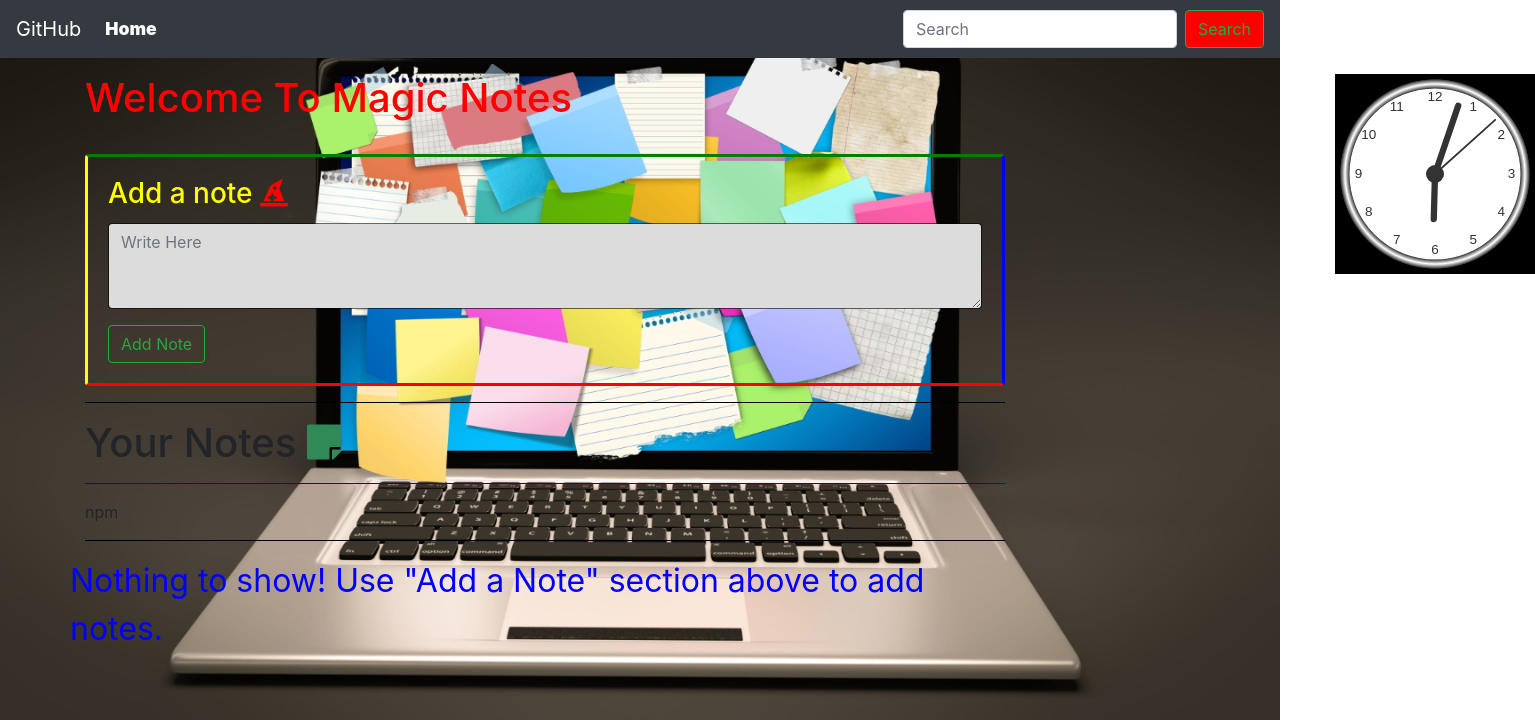
Repository: Prrajainn/Project-MagiCNotes
Page: magicNotes.html
The author's editor kept a copy of each file at every save. The page is drawn from the files as they stood at one save, then again after a run of saves.
The browser window is 1280 px wide. The page is 1535 px wide, so the pictures cover 1535 px, including what lies to the right of the window. The pictures show the whole page.

Above is the page before, as saved 2020-08-11 21:14:30.

### magicNotes.html
<!doctype html>
<html lang="en">

<head>

  <!-- Required meta tags -->
  <meta charset="utf-8">
  <meta name="viewport" content="width=device-width, initial-scale=1, shrink-to-fit=no">

  <!-- Bootstrap CSS -->
  <link rel="stylesheet" href="bootstrap/css/bootstrap.min.css">
  <link rel="stylesheet" href="fontawesome-free-5.13.0-web/css/all.css">
  <link rel="stylesheet" href="CSS/style.css">

  <title> MagiCNotes </title>
  <style>

    body {
      background-image: url("notes2.jpg");

      background-repeat: no-repeat;
      background-size: cover;

    }
  </style>
</head>

<body>

  <nav class="sticky-top navbar navbar-expand-lg navbar-dark bg-dark">
    <a class="navbar-brand" href="https://github.com/Prrajainn">GitHub</a>
    <button class="navbar-toggler" type="button" data-toggle="collapse" data-target="#navbarSupportedContent"
      aria-controls="navbarSupportedContent" aria-expanded="false" aria-label="Toggle navigation">
      <span class="navbar-toggler-icon"></span>
    </button>

    <div class="collapse navbar-collapse" id="navbarSupportedContent">
      <ul class="navbar-nav mr-auto">
        <li class="nav-item active">
          <a class="nav-link" href="magicNotes.html">Home <span class="sr-only">(current)</span></a>
        </li>

      </ul>
      <form class="form-inline my-2 my-lg-0">
        <input class="form-control mr-sm-2" id="searchTxt" type="search" placeholder="Search" aria-label="Search">
        <button style="background-color: red;" class="btn btn-outline-success my-2 my-sm-0"
          type="submit">Search</button>
      </form>
    </div>
  </nav>
  <div class="container my-3">
    <div class="row">
      <div class="col-10">
        <h1 style="color: red">Welcome To Magic Notes</h1>
        <br>
        <div style="border: solid ; background-color: transparent ; border-color:green blue red yellow " class="card">
          <div class="card-body">
            <h3 style="color:yellow;" class="card-title">Add a note <i style="color: red ;"
                class="fas fa-hat-wizard"></i></h3>
            <div class="form-group">

              <textarea placeholder="Write Here"
                style=" border-color: rgba(0, 0, 0, 0.589); background-color: gainsboro; " class="form-control"
                id="addTxt" rows="3"></textarea>
            </div>
            <button class="btn btn-outline-success" id="addBtn">Add Note </button>
          </div>
        </div>
        <hr color="black">
        <h1>Your Notes <i style="color: seagreen;" class="fas fa-sticky-note"></i></h1>
        <hr color="blue">npm
        <hr color="black">
        <div id="notes" class="row container-fluid"></div>
      </div>
      <div class="col-2">
        <canvas id="canvas" width="200" height="200" style="background-color: black; margin-left: 300px;"
    >
      </div>
    </div>
  </div>

    <div class="container" style="position: relative;">
      <div class="row">
        <div class="col-7">
        </div>

      </div>
    </div>




    <script src="bootstrap/js/jquery-3.4.1.slim.min.js"></script>
    <script src="bootstrap/js/popper.min.js"></script>
    <script src="bootstrap/js/bootstrap.min.js"></script>
    <script src="app.js"></script>
    <script src="clock.js"></script>
</body>

</html>

### CSS/style.css
#topheader{
    background-color : blue;
    border-bottom: px solid black;
}
#nocolo{
    color: black;
}
.container-fluid{
    padding-left: 0%;
    padding-right: 0%;
}
nav ul li a{

    font-size: 1.1rem;
    font-weight: 1000 ;
}
/*START OF FOOTER*/
.full-footer{
    background-color:#1e3799;
    width: 100%;
}
.top-footer p{
    color: white;
}
.top-footer a{
 font-weight: 600;
    color: whitesmoke;
}
.top-footer h3{
    color: white;
}
.bottom-footer{
    background-color:teal;
}
.bottom-footer p{
    color: white;
}
/* End of footer*/
.myimage{
    width: 50%;
}
.top-hero{
    background-color: salmon;
}
.sea{
  animation-fill-mode: both;
}

### app.js

console.log("Welcome to notes app. This is app.js");
// Pehle hi show notes islie kiya taaki hamesha pehle dikhaye refresh hone ke baad bhi page
showNotes();

// If user adds a note, add it to the localStorage
let addBtn = document.getElementById("addBtn");
addBtn.addEventListener("click", function(e) {

  let addTxt = document.getElementById("addTxt");
  let notes = localStorage.getItem("notes");
  if (notes == null) {
    notesObj = [];
  } else {
    notesObj = JSON.parse(notes);
  }
  notesObj.push(addTxt.value);
  localStorage.setItem("notes", JSON.stringify(notesObj));
  addTxt.value = "";
//   console.log(notesObj);
  showNotes();
});

// Function to show elements from localStorage
function showNotes() {
  let notes = localStorage.getItem("notes");
  if (notes == null) {
    notesObj = [];
  } else {
    notesObj = JSON.parse(notes);
  }
  let html = "";
  notesObj.forEach(function(element, index) { // element maane andar ka content
    html += `
            <div class="noteCard my-2 mx-2 card" style="width: 18rem;">
                    <div class="card-body">
                        <h5 class="card-title">Note ${index + 1}</h5>
                        <p class="card-text"> ${element}</p>
                        <button id="${index}"onclick="deleteNote(this.id)" class="btn btn-primary">Delete Note</button>
                    </div>
                </div>`;
  });
  let notesElm = document.getElementById("notes");
  if (notesObj.length != 0) {
    notesElm.innerHTML = html;
  } else {//notesElm.setAttribute('style','color: blue' );
  notesElm.setAttribute('style','font-size: 200% ; color: blue' );
    notesElm.innerHTML = `  Nothing to show! Use "Add a Note" section above to add notes.`;
  }
}

// Function to delete a note
function deleteNote(index) {
//   console.log("I am deleting", index);

  let notes = localStorage.getItem("notes");
  if (notes == null) {
    notesObj = [];
  } else {
    notesObj = JSON.parse(notes);
  }

  notesObj.splice(index, 1);
  localStorage.setItem("notes", JSON.stringify(notesObj)); // update kar rhe hein
  showNotes();// firse show kar rhe hein
}


let search = document.getElementById('searchTxt');
search.addEventListener("input", function(){

    let inputVal = search.value.toLowerCase();
    // console.log('Input event fired!', inputVal);
    let noteCards = document.getElementsByClassName('noteCard');
    Array.from(noteCards).forEach(function(element){
        let cardTxt = element.getElementsByTagName("p")[0].innerText;
        if(cardTxt.includes(inputVal)){
            element.style.display = "block";
        }
        else{
            element.style.display = "none";
        }
        // console.log(cardTxt);
    })
})

/*
Further Features:
1. Add Title
2. Mark a note as Important
3. Separate notes by user
4. Sync and host to web server
*/

### clock.js
var canvas = document.getElementById("canvas");
var ctx = canvas.getContext("2d");
var radius = canvas.height / 2;
ctx.translate(radius, radius);
radius = radius * 0.90
setInterval(drawClock, 1000);

function drawClock() {
  drawFace(ctx, radius);
  drawNumbers(ctx, radius);
  drawTime(ctx, radius);
}

function drawFace(ctx, radius) {
  var grad;
  ctx.beginPath();
  ctx.arc(0, 0, radius, 0, 2*Math.PI);
  ctx.fillStyle = 'white';
  ctx.fill();
  grad = ctx.createRadialGradient(0,0,radius*0.95, 0,0,radius*1.05);
  grad.addColorStop(0, '#333');
  grad.addColorStop(0.5, 'white');
  grad.addColorStop(1, '#333');
  ctx.strokeStyle = grad;
  ctx.lineWidth = radius*0.1;
  ctx.stroke();
  ctx.beginPath();
  ctx.arc(0, 0, radius*0.1, 0, 2*Math.PI);
  ctx.fillStyle = '#333';
  ctx.fill();
}

function drawNumbers(ctx, radius) {
  var ang;
  var num;
  ctx.font = radius*0.15 + "px arial";
  ctx.textBaseline="middle";
  ctx.textAlign="center";
  for(num = 1; num < 13; num++){
    ang = num * Math.PI / 6;
    ctx.rotate(ang);
    ctx.translate(0, -radius*0.85);
    ctx.rotate(-ang);
    ctx.fillText(num.toString(), 0, 0);
    ctx.rotate(ang);
    ctx.translate(0, radius*0.85);
    ctx.rotate(-ang);
  }
}

function drawTime(ctx, radius){
    var now = new Date();
    var hour = now.getHours();
    var minute = now.getMinutes();
    var second = now.getSeconds();
    //hour
    hour=hour%12;
    hour=(hour*Math.PI/6)+
    (minute*Math.PI/(6*60))+
    (second*Math.PI/(360*60));
    drawHand(ctx, hour, radius*0.5, radius*0.07);
    //minute
    minute=(minute*Math.PI/30)+(second*Math.PI/(30*60));
    drawHand(ctx, minute, radius*0.8, radius*0.07);
    // second
    second=(second*Math.PI/30);
    drawHand(ctx, second, radius*0.9, radius*0.02);
}

function drawHand(ctx, pos, length, width) {
    ctx.beginPath();
    ctx.lineWidth = width;
    ctx.lineCap = "round";
    ctx.moveTo(0,0);
    ctx.rotate(pos);
    ctx.lineTo(0, -length);
    ctx.stroke();
    ctx.rotate(-pos);
}

Loaded but not shown: bootstrap/css/bootstrap.min.css (library); fontawesome-free-5.13.0-web/css/all.css (library); bootstrap/js/jquery-3.4.1.slim.min.js (library); bootstrap/js/popper.min.js (library); bootstrap/js/bootstrap.min.js (library)

After the next 2 saves:
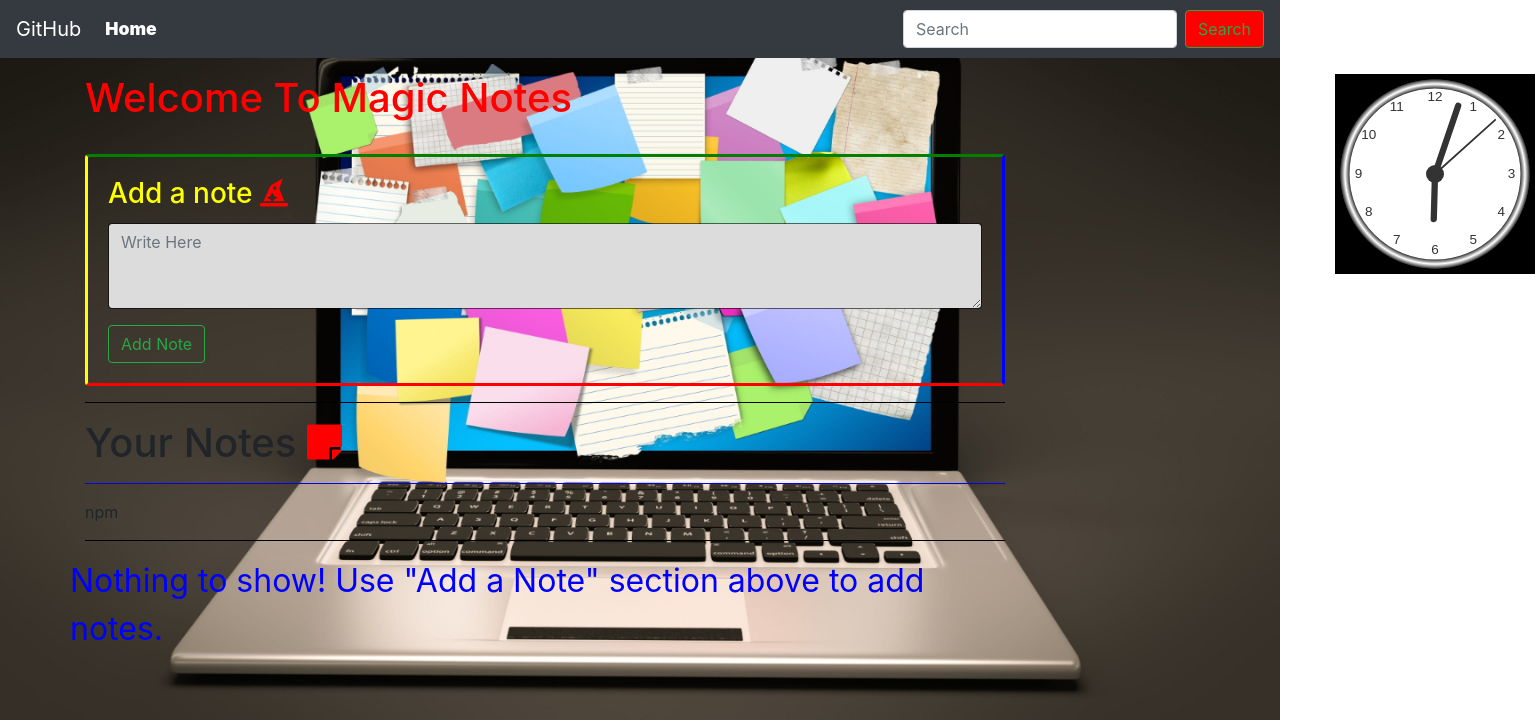
The 2 saves are shown as one change because they came seconds apart.
The last was saved 75 s later.
--- a/magicNotes.html
+++ b/magicNotes.html
@@ -67,7 +67,7 @@
           </div>
         </div>
         <hr color="black">
-        <h1>Your Notes <i style="color: seagreen;" class="fas fa-sticky-note"></i></h1>
+        <h1>Your Notes <i style="color: red;" class="fas fa-sticky-note"></i></h1>
         <hr color="blue">npm
         <hr color="black">
         <div id="notes" class="row container-fluid"></div>
